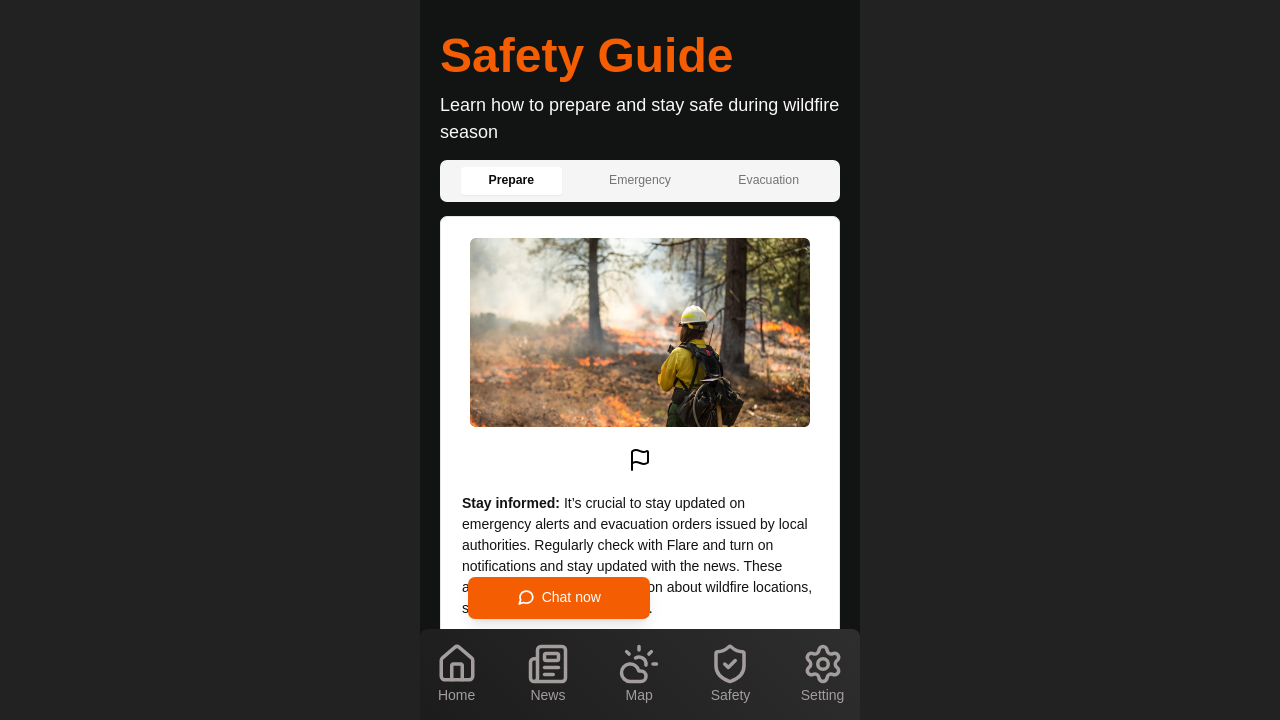
Repository: BCITKevin/Flare_IDSP
Page: /safety
The author's editor kept a copy of each file at every save. The page is drawn from the files as they stood at one save, then again after the next save.
The browser window is 1280 px wide. The pictures show the whole page.
An inner scrolling area shows only its first screen. Some web fonts or font styles are not loaded; a fallback is used. The project was rebuilt for these pictures with package versions that can differ from the ones it lists, and the page was loaded fresh each time. The framework's server and built-in components were replaced by stand-ins that run in the browser. Also part of the build but not shown: next.config.js, next.config.mjs.

Above is the page before, as saved 2024-11-30 16:42:21.

After the next save:
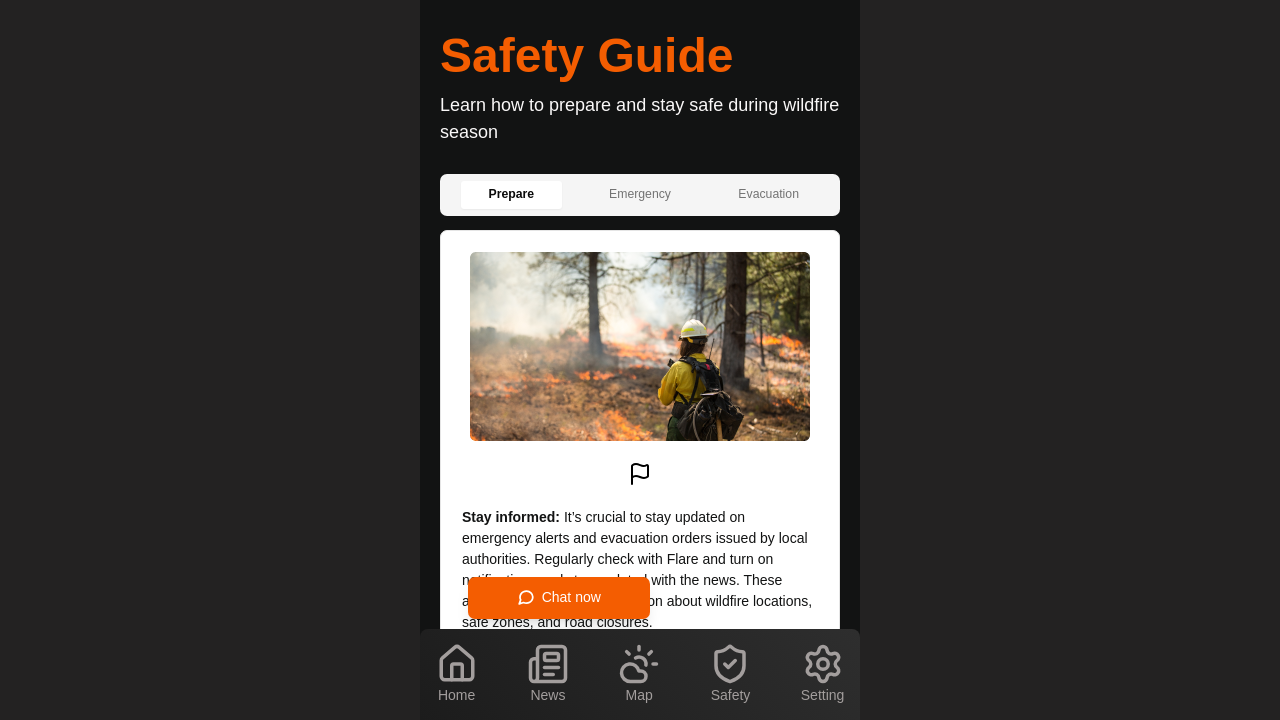
Saved 19 s later.
--- a/src/app/safety/page.tsx
+++ b/src/app/safety/page.tsx
@@ -184,11 +184,11 @@ export default function Safety() {
                         </div>
                     </CardContent>
                 </Card> */}
-                {/* <div className={`${styles.safetyHeading} mb-6 mt-6`}>
-                    <h4>
+                <div className={`${styles.safetyHeading} mb-6 mt-6`}>
+                    {/* <h4>
                         Safety Tips
-                    </h4>
-                </div> */}
+                    </h4> */}
+                </div>
                 <div className="mt-2">
                 <Tabs defaultValue="Prepare" className="w-full flex flex-col" onValueChange={setActiveTab}>
                         <TabsList className="space-x-8 p-6 my-2 rounded-lg">
